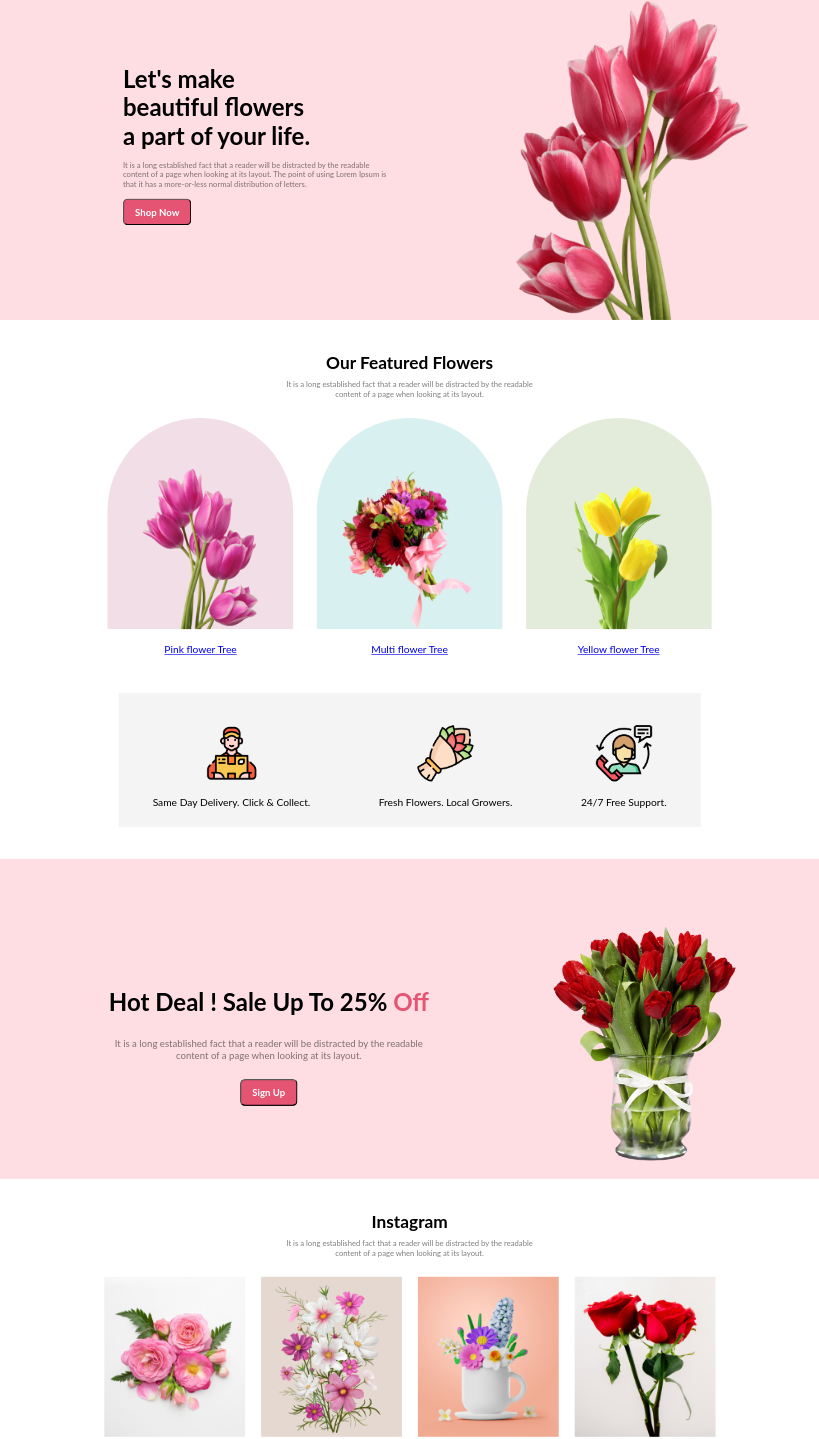
Repository: sadiaafsana138/Flower-Shop_Responsive
Page: index.html
The author's editor kept a copy of each file at every save. The page is drawn from the files as they stood at one save, then again after the next save.
The browser window is 1280 px wide. The pictures show the whole page, at 64% of full size.

Above is the page before, as saved 2023-08-30 05:57:34.

After the next save:
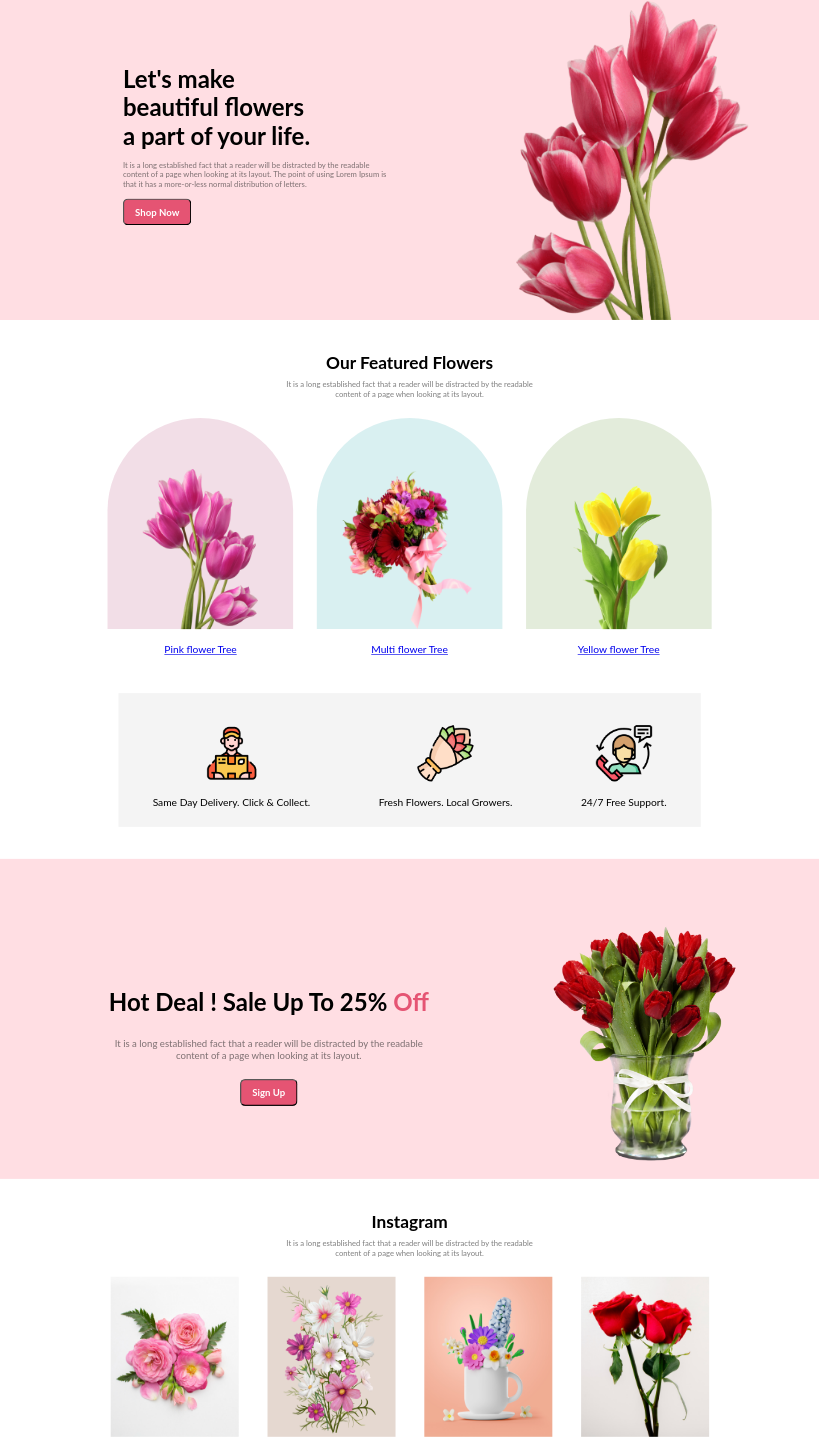
Saved 35 s later.
--- a/index.html
+++ b/index.html
@@ -135,16 +135,16 @@
             </div>
             <div class="Section_2_pictures">
                 <div>
-                    <img src="Images/9.png" alt="" height="250px" width="220px">
+                    <img src="Images/9.png" alt="" height="250px" width="200px">
                 </div>
                 <div>
-                    <img src="Images/10.png" alt="" height="250px" width="220px">
+                    <img src="Images/10.png" alt="" height="250px" width="200px">
                 </div>
                 <div>
-                    <img src="Images/11.png" alt="" height="250px" width="220px">
+                    <img src="Images/11.png" alt="" height="250px" width="200px">
                 </div>
                 <div>
-                    <img src="Images/12.png" alt="" height="250px" width="220px">
+                    <img src="Images/12.png" alt="" height="250px" width="200px">
                 </div>
             </div>
         </section>
